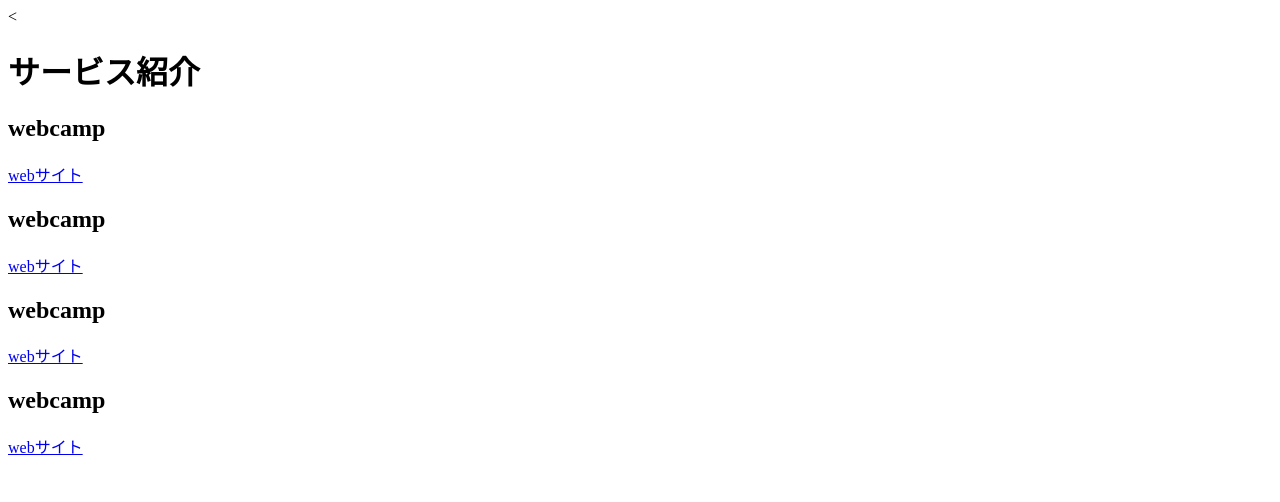
Repository: menyuu/test-html-CSS-practice
Page: sample/chapter2_exercise.html
The author's editor kept a record of every edit. The page is drawn from the files as they stood at one moment, then again after the next edit.
The browser window is 1280 px wide. The pictures show the whole page.

Above is the page before.

After the next edit:
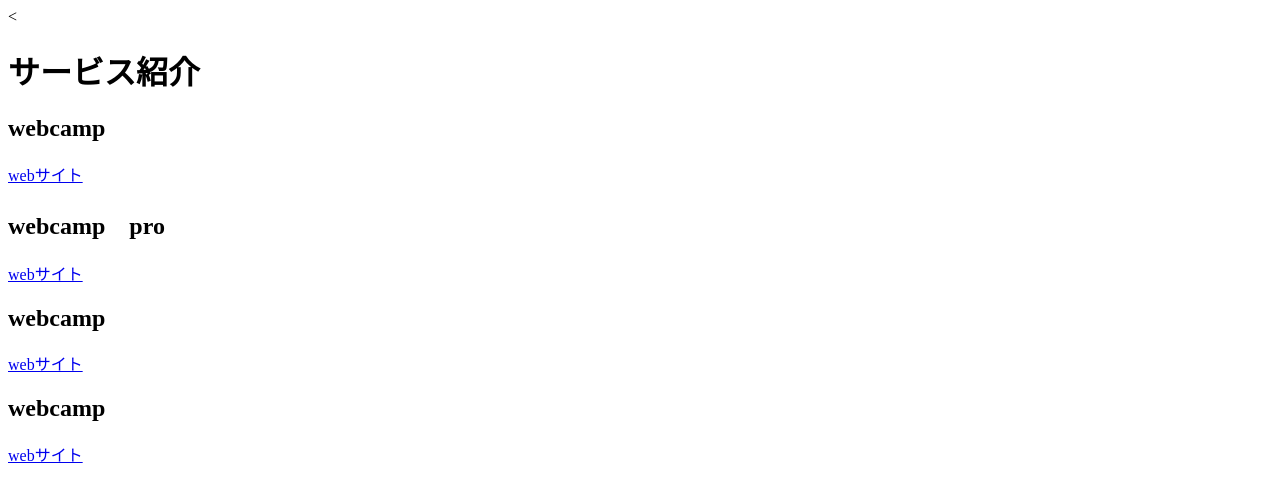
The edit:
--- a/sample/chapter2_exercise.html
+++ b/sample/chapter2_exercise.html
@@ -9,7 +9,7 @@
   <h2>webcamp</h2>
   <p></p>
   <a href="#">webサイト</a>
-  <h2>webcamp</h2>
+  <h2>webcamp　pro</h2>
   <p></p>
   <a href="#">webサイト</a>
   <h2>webcamp</h2>
